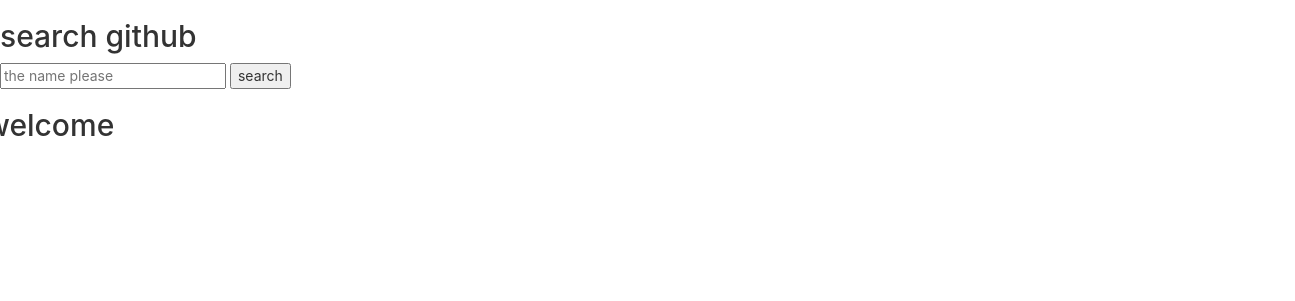
Repository: Shanshan67/React_a
Page: /
The author's editor kept a copy of each file at every save. The page is drawn from the files as they stood at one save, then again after a run of saves.
The browser window is 1280 px wide. The page is 1295 px wide, so the pictures cover 1295 px, including what lies to the right of the window. The pictures show the whole page.
The project was rebuilt for these pictures with package versions that can differ from the ones it lists, and the page was loaded fresh each time.

Above is the page before, as saved 2022-12-10 01:50:55.

### public/index.html
<!DOCTYPE html>
<html lang="en">
  <head>
    <meta charset="utf-8" />
    <link rel="icon" href="%PUBLIC_URL%/favicon.ico" />
    <meta name="viewport" content="width=device-width, initial-scale=1" />
    <meta name="theme-color" content="#000000" />
    <meta
      name="description"
      content="Web site created using create-react-app"
    />
    <link rel="apple-touch-icon" href="%PUBLIC_URL%/logo192.png" />
    <!--
      manifest.json provides metadata used when your web app is installed on a
      user's mobile device or desktop. See https://developers.google.com/web/fundamentals/web-app-manifest/
    -->
    <link rel="manifest" href="%PUBLIC_URL%/manifest.json" />
    <link rel="stylesheet" href="/css/bootstrap.css" />
    <!--
      Notice the use of %PUBLIC_URL% in the tags above.
      It will be replaced with the URL of the `public` folder during the build.
      Only files inside the `public` folder can be referenced from the HTML.

      Unlike "/favicon.ico" or "favicon.ico", "%PUBLIC_URL%/favicon.ico" will
      work correctly both with client-side routing and a non-root public URL.
      Learn how to configure a non-root public URL by running `npm run build`.
    -->
    <title>React App</title>
  </head>
  <body>
    <noscript>You need to enable JavaScript to run this app.</noscript>
    <div id="root"></div>
    <!--
      This HTML file is a template.
      If you open it directly in the browser, you will see an empty page.

      You can add webfonts, meta tags, or analytics to this file.
      The build step will place the bundled scripts into the <body> tag.

      To begin the development, run `npm start` or `yarn start`.
      To create a production bundle, use `npm run build` or `yarn build`.
    -->
  </body>
</html>

### src/index.js
import React from 'react';
import ReactDOM from 'react-dom/client';

import './index.css';
import App from './App';

import reportWebVitals from './reportWebVitals';

const root = ReactDOM.createRoot(document.getElementById('root'));
root.render(

    <App/>

);

// If you want to start measuring performance in your app, pass a function
// to log results (for example: reportWebVitals(console.log))
// or send to an analytics endpoint. Learn more: https://bit.ly/CRA-vitals
reportWebVitals();

### src/App.jsx
import React, { Component } from 'react'
import List from './components/List'
import Search from './components/Search'
import './App.css'

export default class App extends Component {
  state={
    users:[],
    isFirst:true,
    isLoading:false,
    err:''
  }

  findUsers = (stateObj) => {
    this.setState(stateObj)
  }

  render() {
    return (
      <div>
        <Search findUsers={this.findUsers} />
        <List {...this.state} />
      </div>
    )
  }
}

### src/components/List/index.jsx
import React, { Component } from 'react'

export default class List extends Component {
  render() {
    const {users,isFirst, isLoading,err} = this.props
    return (
      <div className="row">
        {
            isFirst ? <h2>welcome</h2> :
            isLoading ? <h2>loading...</h2> :
            err ? <h2 style={{color:'red'}}>{err}</h2> :
            users.map((u) => {
                return (
                    <div key={u.id} className="card">
                        <a rel="noreferrer" href={u.html_url} target='_blank'>
                            <img alt='head_portait' src={u.avatar_url} style={{width: '100px'}}/>
                        </a>
                        <p className="card-text">{u.login}</p>
                    </div>
                )
            })
        }
      </div>
    )
  }
}

### src/components/Search/index.jsx
import React, { Component } from 'react'

export default class Search extends Component {
  search = async() => {
    const {value} = this.keyWord
    this.props.findUsers({isFirst:false, isLoading:true})
    try{
      const response = await fetch(`https://api.github.com/search/users?q=${value}`)
      const data = response.json()
      this.props.findUsers({isLoading:false,users:data.items})
    }catch(error){
      this.props.findUsers({isLoading:false,err:error.message})
    }
  }
  render() {
    return (
      <div>
        <h2>search github</h2>
        <div>
          <input ref={c=>this.keyWord=c} type="text" placeholder='the name please' />&nbsp;
          <button onClick={this.search}>search</button>
        </div>
      </div>
    )
  }
}

### src/App.css
.album {
  min-height: 50rem; /* Can be removed; just added for demo purposes */
  padding-top: 3rem;
  padding-bottom: 3rem;
  background-color: #f7f7f7;
}

.card {
  float: left;
  width: 33.333%;
  padding: .75rem;
  margin-bottom: 2rem;
  border: 1px solid #efefef;
  text-align: center;
}

.card > img {
  margin-bottom: .75rem;
  border-radius: 100px;
}

.card-text {
  font-size: 85%;
}

/*base*/
body {
  background: #fff;
}

.btn {
  display: inline-block;
  padding: 4px 12px;
  margin-bottom: 0;
  font-size: 14px;
  line-height: 20px;
  text-align: center;
  vertical-align: middle;
  cursor: pointer;
  box-shadow: inset 0 1px 0 rgba(255, 255, 255, 0.2), 0 1px 2px rgba(0, 0, 0, 0.05);
  border-radius: 4px;
}

.btn-danger {
  color: #fff;
  background-color: #da4f49;
  border: 1px solid #bd362f;
}

.btn-danger:hover {
  color: #fff;
  background-color: #bd362f;
}

.btn:focus {
  outline: none;
}

.todo-container {
  width: 600px;
  margin: 0 auto;
}
.todo-container .todo-wrap {
  padding: 10px;
  border: 1px solid #ddd;
  border-radius: 5px;
}

/*header*/
.todo-header input {
  width: 560px;
  height: 28px;
  font-size: 14px;
  border: 1px solid #ccc;
  border-radius: 4px;
  padding: 4px 7px;
}

.todo-header input:focus {
  outline: none;
  border-color: rgba(82, 168, 236, 0.8);
  box-shadow: inset 0 1px 1px rgba(0, 0, 0, 0.075), 0 0 8px rgba(82, 168, 236, 0.6);
}

/*main*/
.todo-main {
  margin-left: 0px;
  border: 1px solid #ddd;
  border-radius: 2px;
  padding: 0px;
}

.todo-empty {
  height: 40px;
  line-height: 40px;
  border: 1px solid #ddd;
  border-radius: 2px;
  padding-left: 5px;
  margin-top: 10px;
}
/*item*/
li {
  list-style: none;
  height: 36px;
  line-height: 36px;
  padding: 0 5px;
  border-bottom: 1px solid #ddd;
}

li label {
  float: left;
  cursor: pointer;
}

li label li input {
  vertical-align: middle;
  margin-right: 6px;
  position: relative;
  top: -1px;
}

li button {
  float: right;
  display: none;
  margin-top: 3px;
}

li:before {
  content: initial;
}

li:last-child {
  border-bottom: none;
}

/*footer*/
.todo-footer {
  height: 40px;
  line-height: 40px;
  padding-left: 6px;
  margin-top: 5px;
}

.todo-footer label {
  display: inline-block;
  margin-right: 20px;
  cursor: pointer;
}

.todo-footer label input {
  position: relative;
  top: -1px;
  vertical-align: middle;
  margin-right: 5px;
}

.todo-footer button {
  float: right;
  margin-top: 5px;
}

Loaded but not shown: src/index.css (common file); src/reportWebVitals.js (common file); public/css/bootstrap.css (library)

After the next 2 saves:
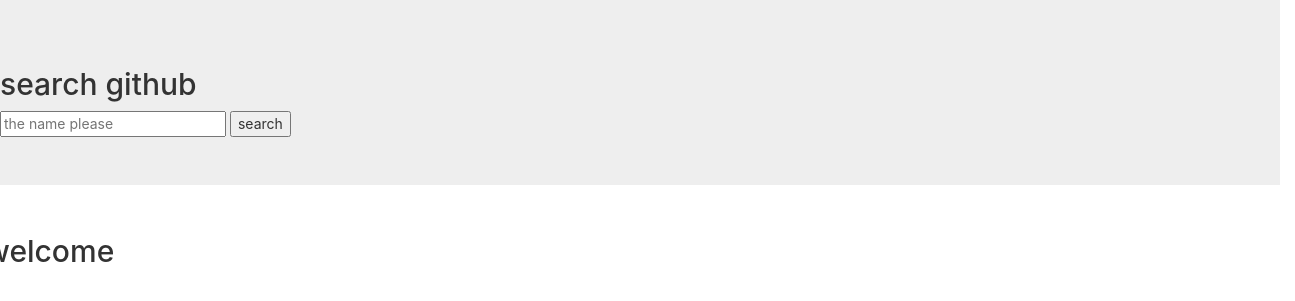
The 2 saves are shown as one change because 1 did not build or start.
The last was saved 70 s later.
--- a/src/components/Search/index.jsx
+++ b/src/components/Search/index.jsx
@@ -14,13 +14,13 @@
   }
   render() {
     return (
-      <div>
+      <section className="jumbotron">
         <h2>search github</h2>
         <div>
           <input ref={c=>this.keyWord=c} type="text" placeholder='the name please' />&nbsp;
           <button onClick={this.search}>search</button>
         </div>
-      </div>
+      </section>
     )
   }
 }
